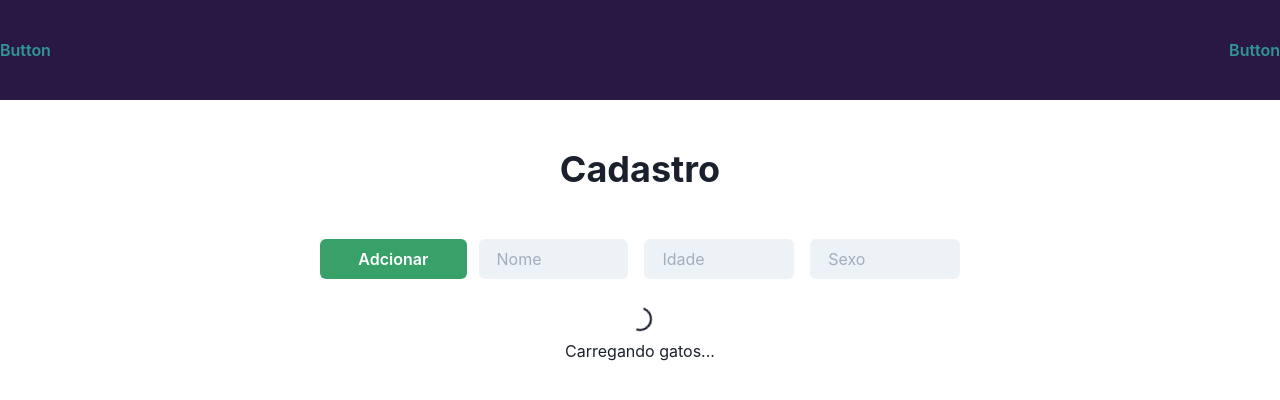
Repository: thislucasme/front-end-cats-react.js
Page: /cadastro
The author's editor kept a copy of each file at every save. The page is drawn from the files as they stood at one save, then again after the next save.
The browser window is 1280 px wide. The pictures show the whole page.
The page's requests for data from a server got no answer. The project was rebuilt for these pictures with package versions that can differ from the ones it lists, and the page was loaded fresh each time. No one was signed in, and anything a server would have sent is missing.

Above is the page before, as saved 2021-10-27 15:54:12.

### src/index.tsx
import { ColorModeScript } from "@chakra-ui/react"
import * as React from "react"
import ReactDOM from "react-dom"
import { App } from "./App"
import reportWebVitals from "./reportWebVitals"
import * as serviceWorker from "./serviceWorker"
import { ChakraProvider, theme } from '@chakra-ui/react'

ReactDOM.render(
  <React.StrictMode>
    <ColorModeScript />
    <ChakraProvider theme={theme}>
      <App />
    </ChakraProvider>
  </React.StrictMode>,
  document.getElementById("root"),
)

// If you want your app to work offline and load faster, you can change
// unregister() to register() below. Note this comes with some pitfalls.
// Learn more about service workers: https://cra.link/PWA
serviceWorker.unregister()

// If you want to start measuring performance in your app, pass a function
// to log results (for example: reportWebVitals(console.log))
// or send to an analytics endpoint. Learn more: https://bit.ly/CRA-vitals
reportWebVitals()

### src/App.tsx
import React from "react";
import { Cadastro } from "./pages/cadastro.gatos";
import { BrowserRouter, Switch, Route } from "react-router-dom";


export const App: React.FC = () => {
  return (
    <BrowserRouter>
      <Switch>
        <Route exact path={'/cadastro'} component={Cadastro} />
      </Switch>
    </BrowserRouter>
  );
}

### src/pages/cadastro.gatos.tsx
import { Button, Flex, Input, Container, Heading, VStack, Center } from "@chakra-ui/react";
import axios from "axios";
import React, { useState } from "react";
import { Lista } from "../components/lista.gatos";
import useSWR from "swr";
import { Menu } from "../components/menu";
export const Cadastro = () => {
	const [nome, setNome] = useState("");
	const [idade, setIdade] = useState("");
	const [sexo, setSexo] = useState("");


	const apiRequest = (url: string) => axios.get(url).then(response => response.data);

	//get all data
	const { data, error, mutate } = useSWR('http://localhost:3000/cats', apiRequest);

	const salvar = () => {

		const dadosTemp = {
			nome: nome,
			idade: Number(idade),
			sexo: sexo
		}

		axios.post('http://localhost:3000/cats/cat', dadosTemp)
			.then(result => {
				console.log("salvo");
				mutate();

			}).catch(error => {
				console.log("erro ao salvar")
			});
	}
	function onDeleteGato(id: number) {
		axios.delete('http://localhost:3000/cats/' + id)
			.then(response => {
				mutate();
			})
	}

	return (
		<Center>
			<VStack w="full">
				<Menu />
				<VStack w="50%">
					<Heading my={10}>Cadastro</Heading>
					<Flex w="full" mt={5}>
						<Button mr={3} w="full" colorScheme="green" onClick={() => { salvar() }}>Adcionar</Button>
						<Input valule={nome} onChange={(e) => { setNome(e.target.value) }} variant="filled" placeholder="Nome" />
						<Input valule={idade} onChange={(e) => { setIdade(e.target.value) }} ml={4} variant="filled" placeholder="Idade" />
						<Input valule={sexo} onChange={(e) => { setSexo(e.target.value) }} ml={4} variant="filled" placeholder="Sexo" />
					</Flex>

					<Lista gatos={data} onDelete={onDeleteGato} error={error} />
				</VStack>
			</VStack>
		</Center>
	);
}

### src/components/lista.gatos.tsx
import React from "react";
import { Button, Table, Tbody, Td, Th, Thead, Tr, Image, Spinner, VStack, Text, AlertIcon, Alert } from "@chakra-ui/react";
import { Cat } from "../cat.interface";


type Props = {
	gatos: Array<any>,
	error: any,
	onDelete: (id: number) => void
}

export const Lista = (props: Props) => {


	if (!props.gatos) return (
		<VStack>
			<Spinner mt={5} />
			<Text>Carregando gatos...</Text>
		</VStack>
	);

	if (props.error) {
		return (
			<Alert status="error">
				<AlertIcon />
				Ocorreu um erro
			</Alert>
		);
	}

	return (
		<Table mt={5} variant="simple">
			<Thead>
				<Tr>
					<Th>ID</Th>
					<Th>Nome</Th>
					<Th>Idade</Th>
					<Th>Sexo</Th>
					<Th>Ação</Th>
				</Tr>
			</Thead>
			<Tbody>
				{
					props.gatos?.map((res: Cat) => (
						<Tr key={res.idGato} color={"gray"} fontSize={"md"}>
							<Td>{res.idGato}</Td>
							<Td>{res.nome}</Td>
							<Td>{res.idade}</Td>
							<Td>{res.sexo}</Td>
							<Td><Button ml={4} variant={"ghost"} onClick={() => { props.onDelete(res.idGato) }}><Image src="https://i.ibb.co/89zmrZs/delete.png" /></Button></Td>
						</Tr>
					)).reverse()
				}

			</Tbody>

		</Table>
	);
}

### src/components/menu.tsx
import { Box, Button, Flex, Spacer } from "@chakra-ui/react";
import React from "react";
export const Menu = () => {
	return (
		<>
			<Flex h={"100"} bg={"#291744"} w={"full"}>
				<Button colorScheme="teal" variant="link">
					Button
				</Button>
				<Spacer />
				<Button colorScheme="teal" variant="link">
					Button
				</Button>
			</Flex>
		</>
	);
}

Loaded but not shown: public/index.html (common file); src/reportWebVitals.ts (common file); src/serviceWorker.ts (common file)

After the next save:
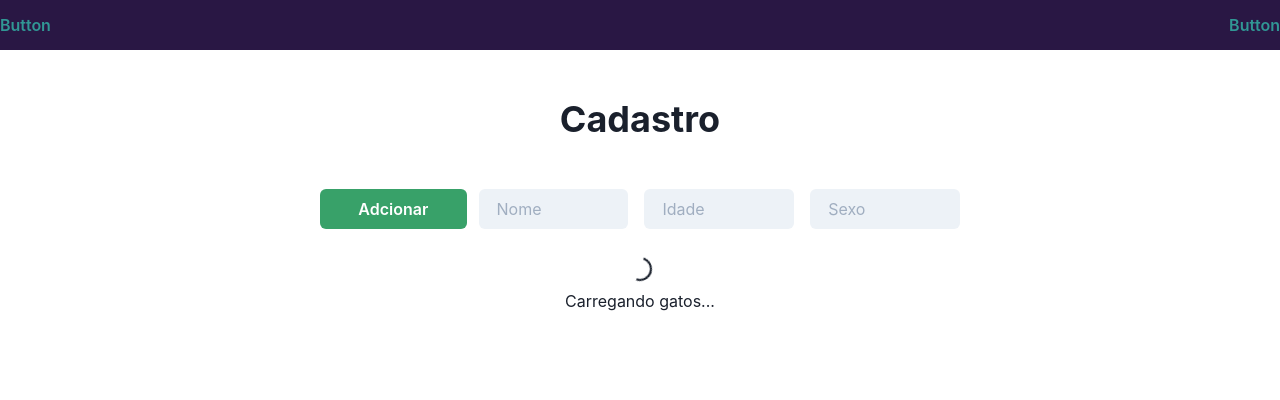
Saved 6 s later.
--- a/src/components/menu.tsx
+++ b/src/components/menu.tsx
@@ -3,7 +3,7 @@ import React from "react";
 export const Menu = () => {
 	return (
 		<>
-			<Flex h={"100"} bg={"#291744"} w={"full"}>
+			<Flex h={"50"} bg={"#291744"} w={"full"}>
 				<Button colorScheme="teal" variant="link">
 					Button
 				</Button>
